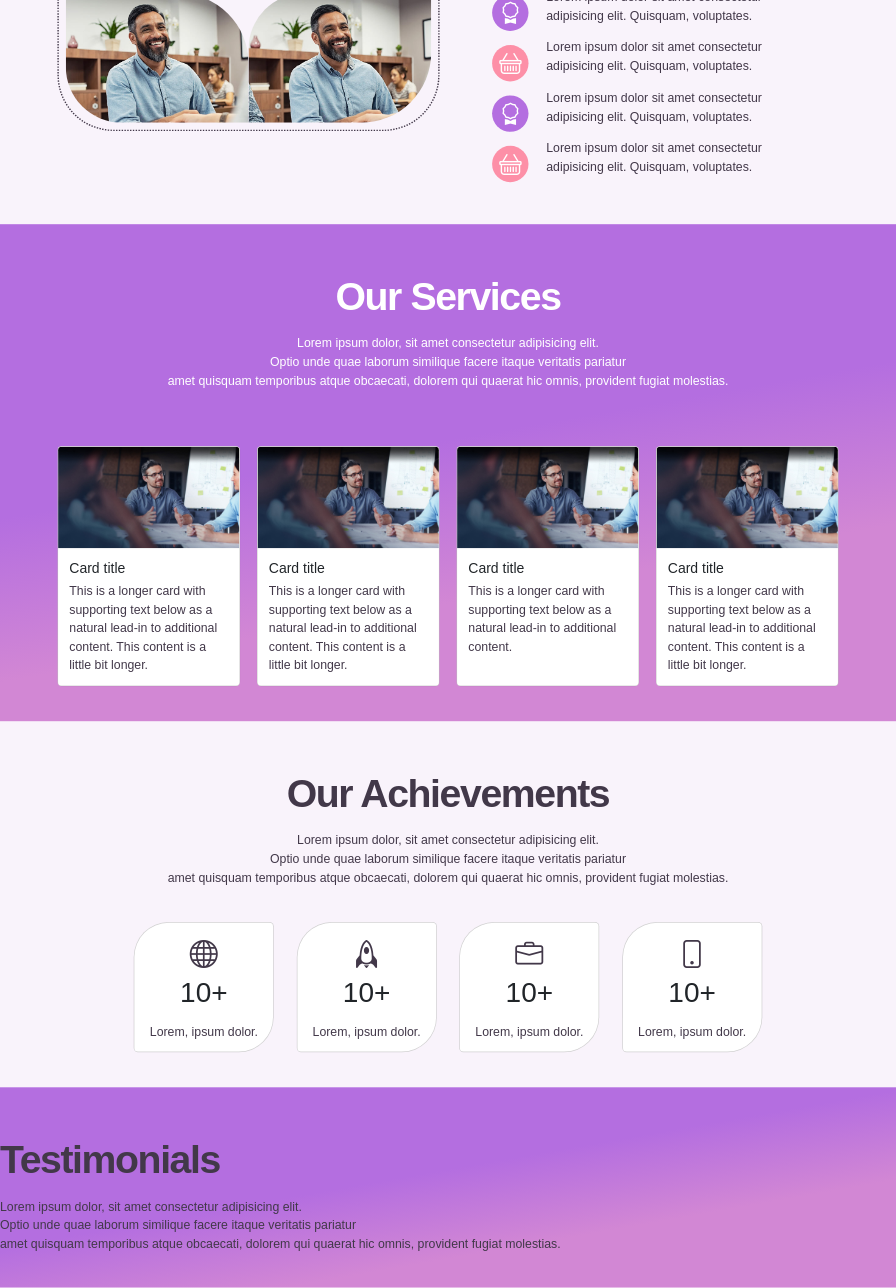
Repository: tagnam/project27012025
Page: index.html
The author's editor kept a copy of each file at every save. The page is drawn from the files as they stood at one save, then again after the next save.
The browser window is 1280 px wide. The pictures show the part of the page from y = 1095 to 3015 px (the page is 2935 px tall before and 3015 px after), at 70% of full size.

Above is the page before, as saved 2025-01-28 12:34:03.

After the next save:
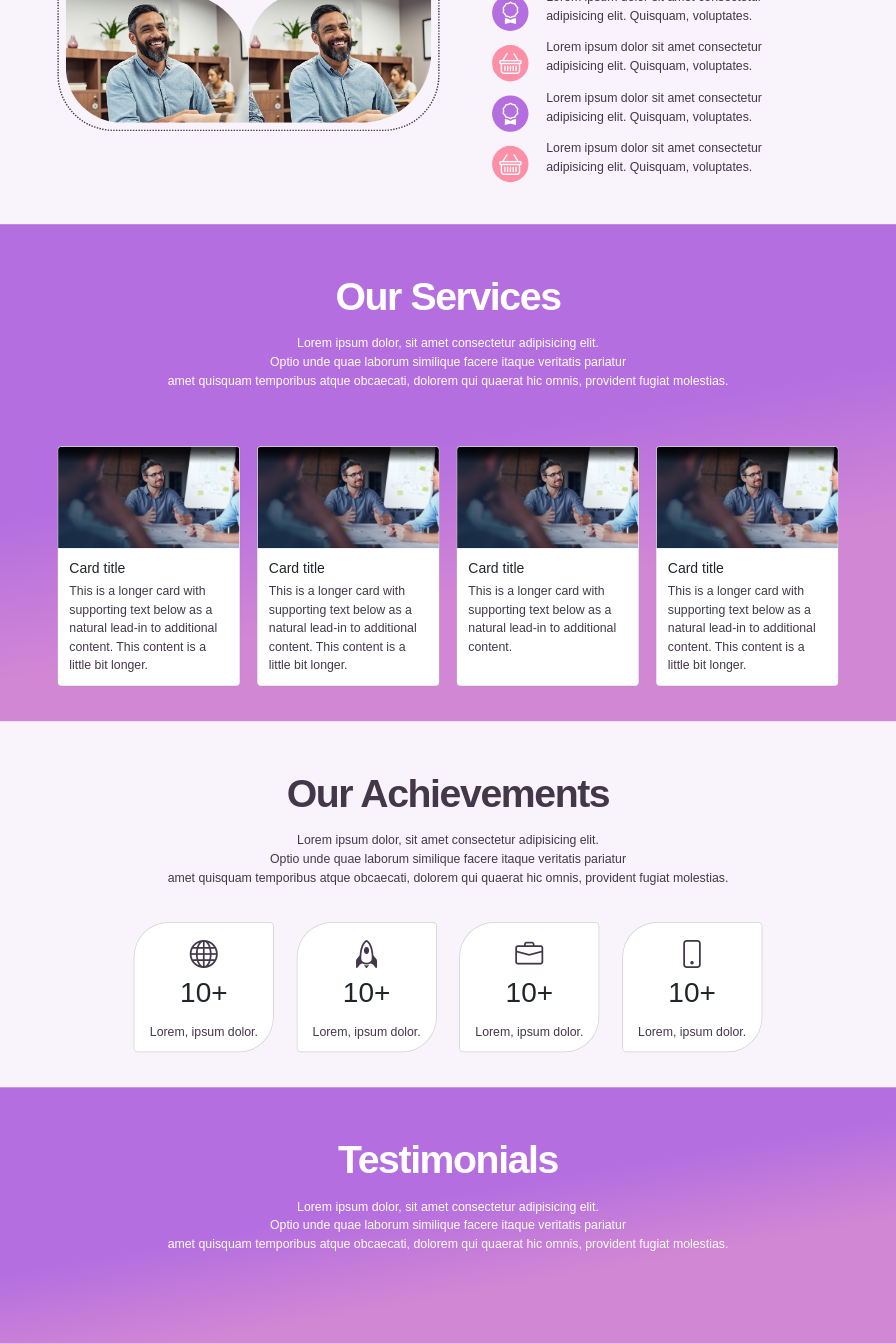
Saved 7 s later.
--- a/index.html
+++ b/index.html
@@ -312,7 +312,7 @@
         </section>
         <section class="testimonial-section">
             <div class="contianer">
-                <div class="main-heading">
+                <div class="main-heading-white">
                     <h2>Testimonials</h2>
                     <p>
                         Lorem ipsum dolor, sit amet consectetur adipisicing elit.<br> Optio unde quae laborum similique facere itaque veritatis pariatur <br>amet quisquam temporibus atque obcaecati, dolorem qui quaerat hic omnis,
